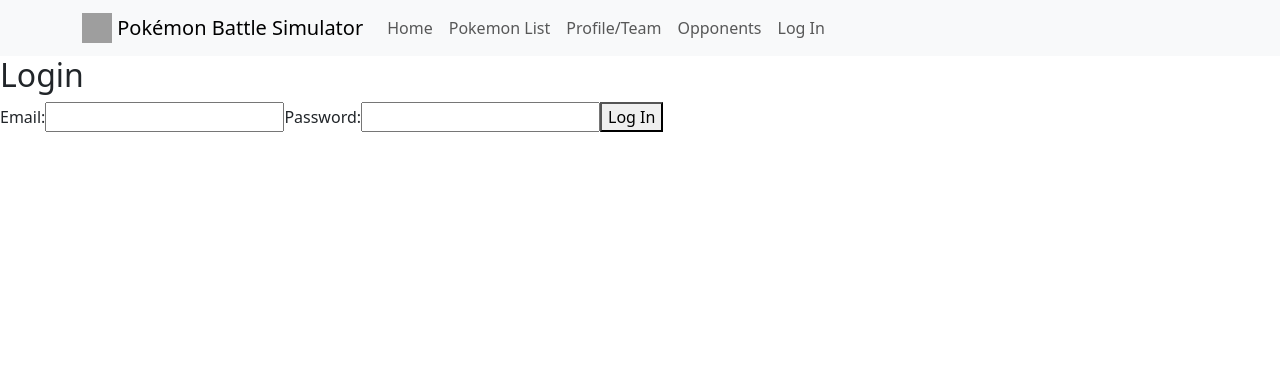
Repository: chsbca/Pokemon-Battle-Simulator
Page: /login (app in front-end/)
These files come from the project's save history. The page is drawn as it stood at one moment and after the next save; the edit follows.
The browser window is 1280 px wide. The pictures show the whole page.
Pictures or frames that could not be fetched are drawn as grey boxes. The project was rebuilt for these pictures with package versions that can differ from the ones it lists, and the page was loaded fresh each time. Also part of the build but not shown: front-end/vite.config.js, front-end/src/components/ProtectedRoute.jsx, front-end/src/pages/Error404Page.jsx, front-end/src/pages/HomePage.jsx, front-end/src/fetching/PokemonFetch.jsx, front-end/src/pages/PokemonListPage.jsx, front-end/src/pages/ProfilePage.jsx, front-end/src/pages/OpponentsPage.jsx.

Above is the page before, as saved 2024-04-11 16:19:56.

### front-end/index.html
<!doctype html>
<html lang="en">
  <head>
    <meta charset="UTF-8" />
    <link rel="icon" type="image/svg+xml" href="/vite.svg" />
    <meta name="viewport" content="width=device-width, initial-scale=1.0" />
    <title>Pokemon Battle Simulator!</title>
  </head>
  <body>
    <div id="root"></div>
    <script type="module" src="/src/main.jsx"></script>
  </body>
</html>

### front-end/src/main.jsx
import ReactDOM from "react-dom/client"
import { RouterProvider } from "react-router-dom"
import router from "./router"
import "bootstrap/dist/css/bootstrap.min.css";

ReactDOM.createRoot(document.getElementById('root')).render(
    <RouterProvider router={router}/>
    // <div>Hello world!</div>
)

### front-end/src/router.jsx
import { createBrowserRouter } from "react-router-dom";
import ProtectedRoute from "./components/ProtectedRoute.jsx"
import App from "./App.jsx"
import Error404Page from "./pages/Error404Page.jsx";
import HomePage from "./pages/HomePage.jsx"
import PokemonListPage from "./pages/PokemonListPage.jsx";
import ProfilePage from "./pages/ProfilePage.jsx";
import OpponentsPage from "./pages/OpponentsPage.jsx";
import LoginPage from "./pages/LoginPage.jsx";

const router = createBrowserRouter([
    {
        path: "/",
        element: <App/>,
        children: [
            {
                index: true,
                element: <HomePage/>
            },
            {
                path: "/pokemon_list/",
                element: <PokemonListPage/>
            },
            {
                path: "/profile/",
                element: <ProtectedRoute><ProfilePage/></ProtectedRoute>
            },
            {
                path: "/opponents/",
                element: <OpponentsPage/>
            },
            {
                path: "/login/",
                element: <LoginPage/>
            }
        ],
        errorElement: <Error404Page/>
    }
])

export default router;

### front-end/src/App.jsx
import { Outlet } from "react-router-dom"
import NavbarComponent from "./components/Navbar"

export default function App() {
  return (
    <>
      <NavbarComponent/>
      <Outlet/>
    </>
  )
}

### front-end/src/pages/LoginPage.jsx
import React, { useState } from 'react';
import { useNavigate } from 'react-router-dom';
import axios from 'axios';

function LoginPage() {
    const [email, setEmail] = useState('');
    const [password, setPassword] = useState('');
    const navigate = useNavigate();

    const handleLogin = async (e) => {
        e.preventDefault();
        try {
            const response = await axios.post('/api/login/', { email, password });
            localStorage.setItem('user', JSON.stringify(response.data.user));
            localStorage.setItem('token', response.data.token);
            navigate('/');
        } catch (error) {
            console.error('Login failed:', error.response?.data);
            alert('Login failed!');
        }
    };

    return (
        <div>
            <h2>Login</h2>
            <form onSubmit={handleLogin}>
                <label>
                    Email:
                    <input type="email" value={email} onChange={e => setEmail(e.target.value)} />
                </label>
                <label>
                    Password:
                    <input type="password" value={password} onChange={e => setPassword(e.target.value)} />
                </label>
                <button type="submit">Log In</button>
            </form>
        </div>
    );
}

export default LoginPage;

### front-end/src/components/Navbar.jsx
import React, { useState } from 'react';
import { Container, Navbar, Nav, Button } from 'react-bootstrap';
import { Link, useNavigate } from "react-router-dom";
import axios from 'axios';

export default function NavbarComponent() {
  const [user, setUser] = useState(() => localStorage.getItem('user'));
  const navigate = useNavigate();

  const handleLogin = async (email, password) => {
    try {
      const response = await axios.post('/api/login/', { email, password });
      localStorage.setItem('user', JSON.stringify(response.data.user));
      localStorage.setItem('token', response.data.token);
      setUser(response.data.user);
      navigate('/');
    } catch (error) {
      console.error('Login failed:', error);
      alert('Login failed!');
    }
  };

  const handleLogout = async () => {
    try {
      await axios.post('/api/logout/', {}, {
        headers: { 'Authorization': `Token ${localStorage.getItem('token')}` }
      });
      localStorage.removeItem('user');
      localStorage.removeItem('token');
      setUser(null);
      navigate('/');
    } catch (error) {
      console.error('Logout failed:', error);
      alert('Logout failed!');
    }
  };

  return (
    <>
      <Navbar expand="lg" className='bg-body-tertiary'>
        <Container>
          <Navbar.Brand as={Link} to="/">
            <img
              alt=""
              src="/pokeball_icon.svg.png"
              width="30"
              height="30"
              className='d-inline-block align-top'
            />{' '}
            Pokémon Battle Simulator
          </Navbar.Brand>
          <Navbar.Toggle aria-controls='basic-navbar-nav'/>
          <Navbar.Collapse id='basic-navbar-nav'>
            <Nav className="me-auto">
              <Nav.Link as={Link} to="/">Home</Nav.Link>
              <Nav.Link as={Link} to="pokemon_list/">Pokemon List</Nav.Link>
              <Nav.Link as={Link} to="profile/">Profile/Team</Nav.Link>
              <Nav.Link as={Link} to="opponents/">Opponents</Nav.Link>
              {!user ? (
                <Nav.Link as={Link} to="login/">Log In</Nav.Link>
              ) : (
                <Button onClick={handleLogout} variant="outline-danger">Log Out</Button>
              )}
            </Nav>
          </Navbar.Collapse>
        </Container>
      </Navbar>
    </>
  );
}

After the next save:
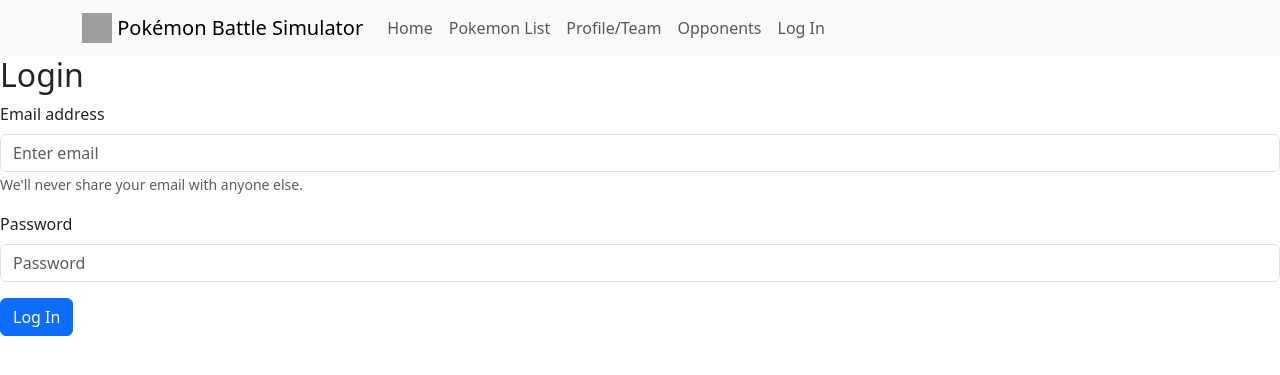
Saved 14 min 54 s later.
--- a/front-end/src/pages/LoginPage.jsx
+++ b/front-end/src/pages/LoginPage.jsx
@@ -1,6 +1,9 @@
+// LoginPage.jsx
 import React, { useState } from 'react';
 import { useNavigate } from 'react-router-dom';
 import axios from 'axios';
+import Button from "react-bootstrap/Button";
+import Form from "react-bootstrap/Form";
 
 function LoginPage() {
     const [email, setEmail] = useState('');
@@ -10,10 +13,11 @@
     const handleLogin = async (e) => {
         e.preventDefault();
         try {
+            // You would replace this URL with the one for your API
             const response = await axios.post('/api/login/', { email, password });
             localStorage.setItem('user', JSON.stringify(response.data.user));
             localStorage.setItem('token', response.data.token);
-            navigate('/');
+            navigate('/');  // Redirect to home on successful login
         } catch (error) {
             console.error('Login failed:', error.response?.data);
             alert('Login failed!');
@@ -21,20 +25,38 @@
     };
 
     return (
-        <div>
+        <>
             <h2>Login</h2>
-            <form onSubmit={handleLogin}>
-                <label>
-                    Email:
-                    <input type="email" value={email} onChange={e => setEmail(e.target.value)} />
-                </label>
-                <label>
-                    Password:
-                    <input type="password" value={password} onChange={e => setPassword(e.target.value)} />
-                </label>
-                <button type="submit">Log In</button>
-            </form>
-        </div>
+            <Form onSubmit={handleLogin}>
+                <Form.Group className="mb-3" controlId="formBasicEmail">
+                    <Form.Label>Email address</Form.Label>
+                    <Form.Control
+                        type="email"
+                        placeholder="Enter email"
+                        value={email}
+                        onChange={e => setEmail(e.target.value)}
+                        required
+                    />
+                    <Form.Text className="text-muted">
+                        We'll never share your email with anyone else.
+                    </Form.Text>
+                </Form.Group>
+
+                <Form.Group className="mb-3" controlId="formBasicPassword">
+                    <Form.Label>Password</Form.Label>
+                    <Form.Control
+                        type="password"
+                        placeholder="Password"
+                        value={password}
+                        onChange={e => setPassword(e.target.value)}
+                        required
+                    />
+                </Form.Group>
+                <Button variant="primary" type="submit">
+                    Log In
+                </Button>
+            </Form>
+        </>
     );
 }
 
